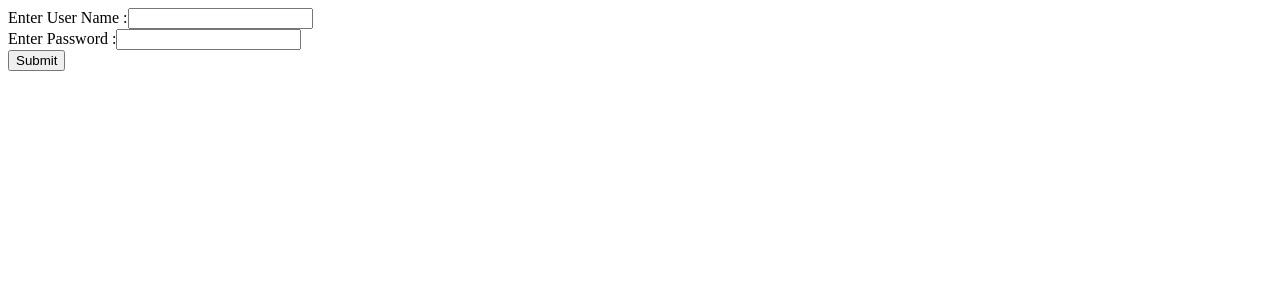
Repository: MyselfAman/Login_Page_Servlet
Page: http://localhost/Login_Page/login.jsp
The author's editor kept a copy of each file at every save. The page is drawn from the files as they stood at one save, then again after the next save.
The browser window is 1280 px wide. The pictures show the whole page.
The page is served by Tomcat 9.

Above is the page before, as saved 2019-08-06 19:21:29.

After the next save:
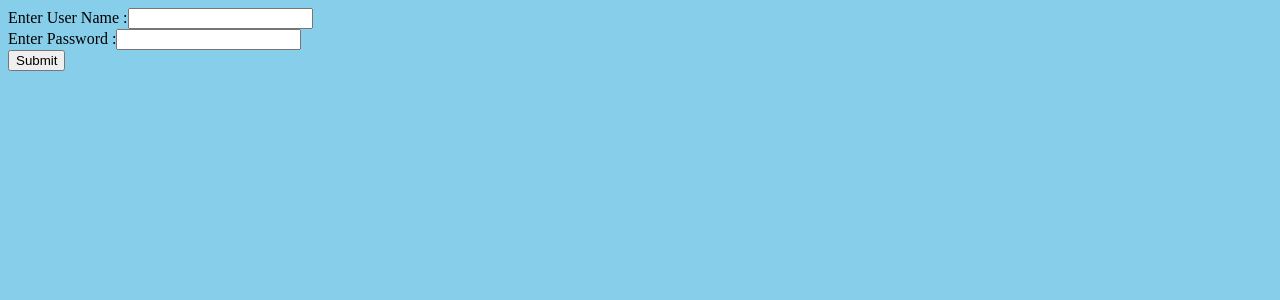
Saved 2 min 17 s later.
--- a/Login_Page/WebContent/login.jsp
+++ b/Login_Page/WebContent/login.jsp
@@ -4,9 +4,12 @@
 <html>
 <head>
 <meta charset="ISO-8859-1">
-<link rel="stylesheet" href=""css/fontawesome.css">
 <title>Indism | Login</title>
-
+<style>
+body{
+ background-color:skyblue;
+}
+</style>
 </head>
 <body>
 	<form action="login">
